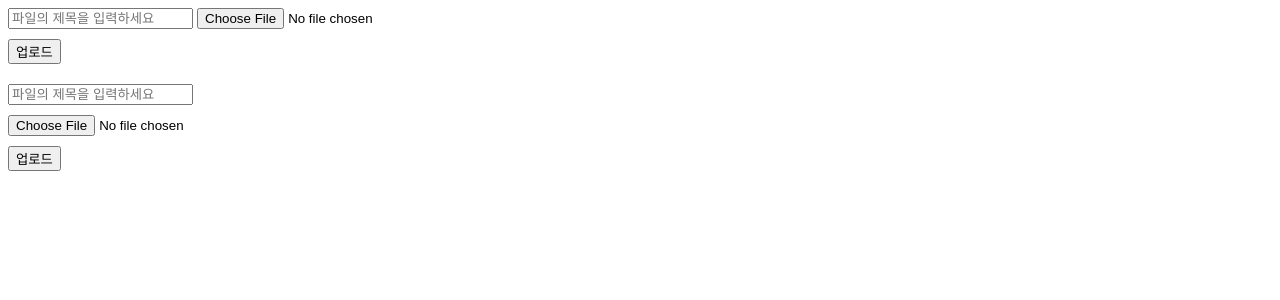
Repository: gudbrwkd98/JavaEE-JSP
Page: BoardApp/WebContent/gallery/send.html
These files come from the project's save history. The page is drawn as it stood at one moment and after the next save; the edit follows.
The browser window is 1280 px wide. The pictures show the whole page.

Above is the page before, as saved 2020-12-04 02:57:27.

### BoardApp/WebContent/gallery/send.html
<!DOCTYPE html>
<html>
<head>
<meta charset="utf-8">
<title>Insert title here</title>
<style type="text/css">
*{margin-bottom: 10px;}
</style>
<script type="text/javascript">
function send() {
	//서버에 제목및 파일을 전송하자
	//서버에 전송한다는 것은 클라이언트로서 요청한다는 뜻이고
	//흔히 쓰는 요청방법은 2가지
	//업로드시 post get 중 어느것?
	//데이터 량이많아서 post 로
	//post 이용시 form 태그로 감싸줘야 정보전송가능
	form1.action = "/gallery/upload.jsp";
	form1.method = "post"; //바이너리 파일 포함됧 경우 반드시 post 로 전송방식 설정
	form1.submit(); //전송(요청)
}
</script>
</head>
<body>
  <form name="form1" enctype="multipart/form-data" >
	<input type="text" name="msg" placeholder="파일의 제목을 입력하세요" >
	<input type="file" name="photo"><br>
	<button onClick="send()">업로드</button>
  </form>

	<form name="form1" enctype="multipart/form-data">
		<input type="text" name="msg" placeholder="파일의 제목을 입력하세요"><br>
		<input type="file" name="photo"><br>
		<button onClick="send()">업로드</button>
	</form>

</body>
</html>

After the next save:
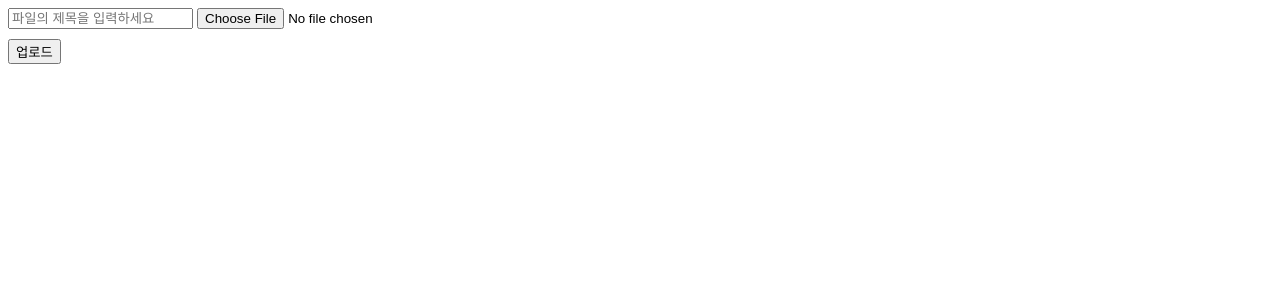
Saved 2 s later.
--- a/BoardApp/WebContent/gallery/send.html
+++ b/BoardApp/WebContent/gallery/send.html
@@ -27,11 +27,7 @@ function send() {
 	<button onClick="send()">업로드</button>
   </form>
 
-	<form name="form1" enctype="multipart/form-data">
-		<input type="text" name="msg" placeholder="파일의 제목을 입력하세요"><br>
-		<input type="file" name="photo"><br>
-		<button onClick="send()">업로드</button>
-	</form>
+
 
 </body>
 </html>
